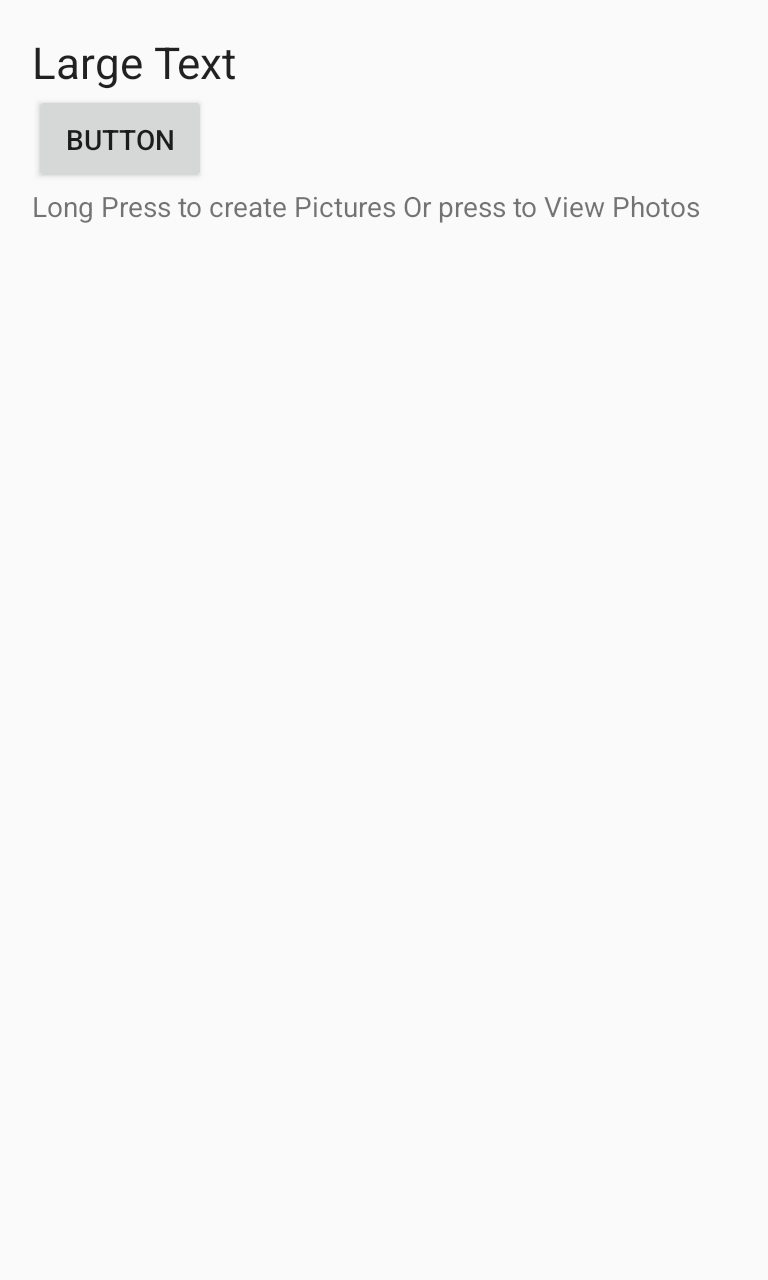
Repository: shivamgeek/Android-Code-Examples
Layout: fragment/res/layout/activity_main.xml
These files come from the project's save history. The layout is drawn as it stood at one moment and after the next save; the edit follows.
It is drawn on a 768 x 1280 px phone screen (xhdpi) without system bars, with theme AppTheme; the app's code is not run.

Above is the layout before, as saved 2015-08-05 09:33:13.

After the next save:
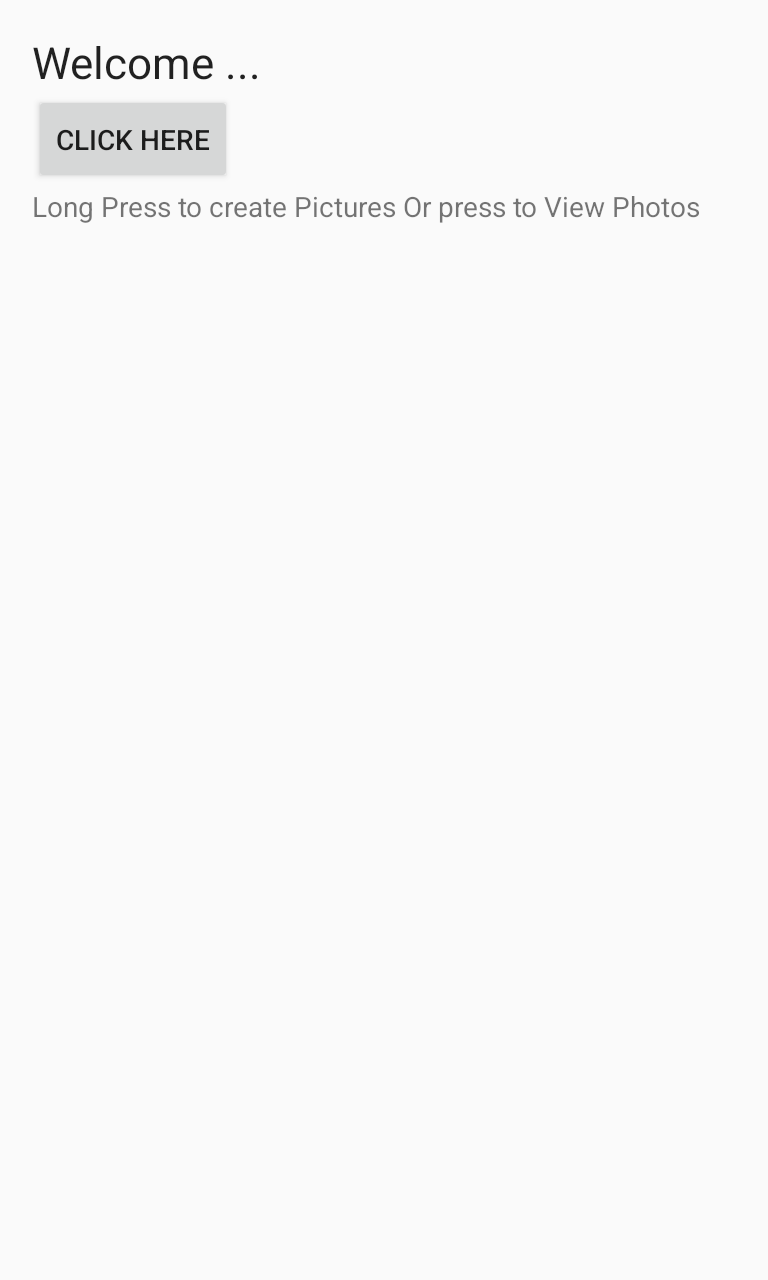
Saved 23 s later.
--- a/fragment/res/layout/activity_main.xml
+++ b/fragment/res/layout/activity_main.xml
@@ -14,14 +14,14 @@
         android:id="@+id/textView1"
         android:layout_width="wrap_content"
         android:layout_height="wrap_content"
-        android:text="Large Text"
+        android:text="Welcome ..."
         android:textAppearance="?android:attr/textAppearanceLarge" />
 
     <Button
         android:id="@+id/button1"
         android:layout_width="wrap_content"
         android:layout_height="wrap_content"
-        android:text="Button" />
+        android:text="Click Here" />
 
     <TextView
         android:id="@+id/textView2"
